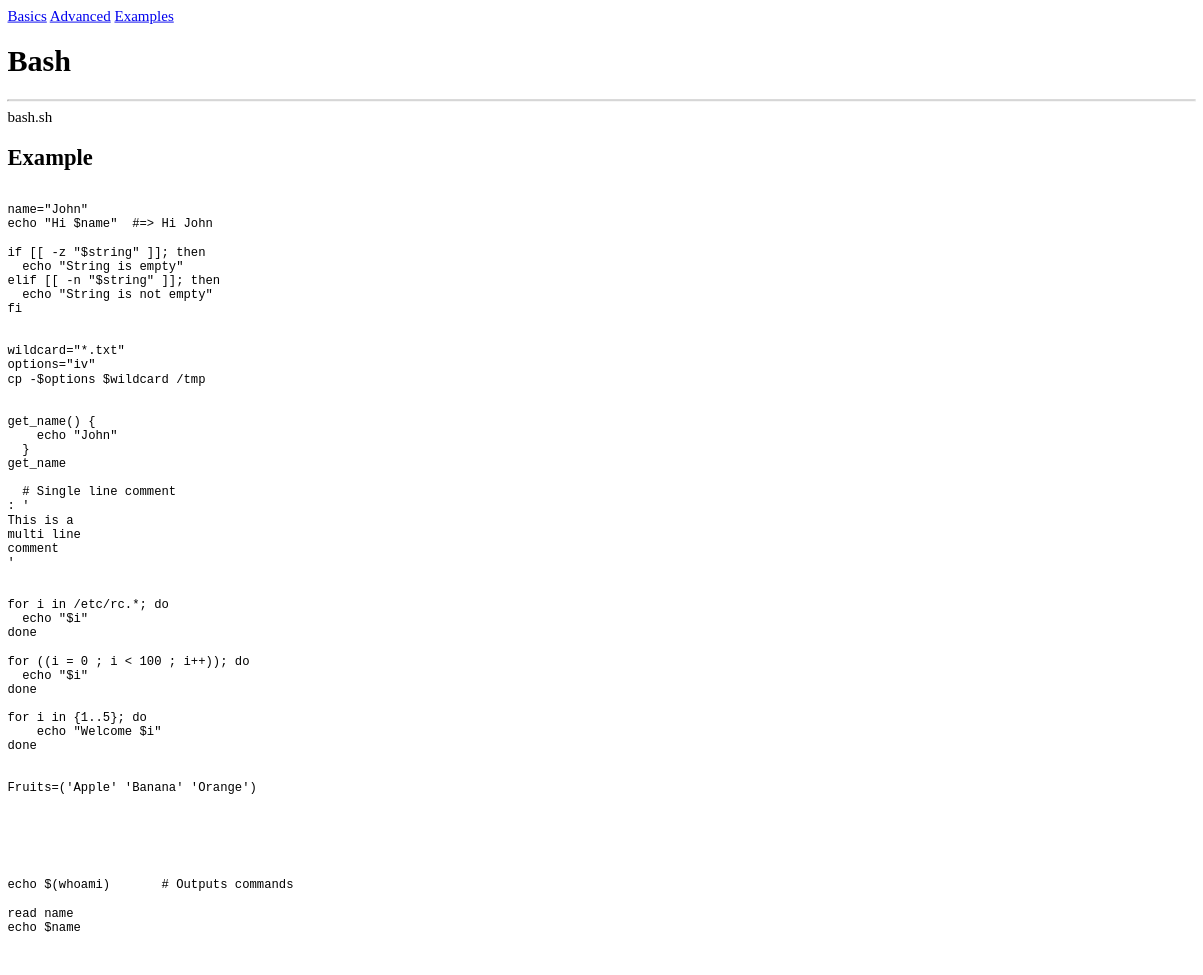
Repository: Max-Rohrhirsch/Max-Rohrhirsch.github.io
Page: documentation/small/bash.html
These files come from the project's save history. The page is drawn as it stood at one moment and after the next save; the edit follows.
The browser window is 1280 px wide. The pictures show the whole page, at 94% of full size.

Above is the page before, as saved 2023-10-06 23:34:55.

After the next save:
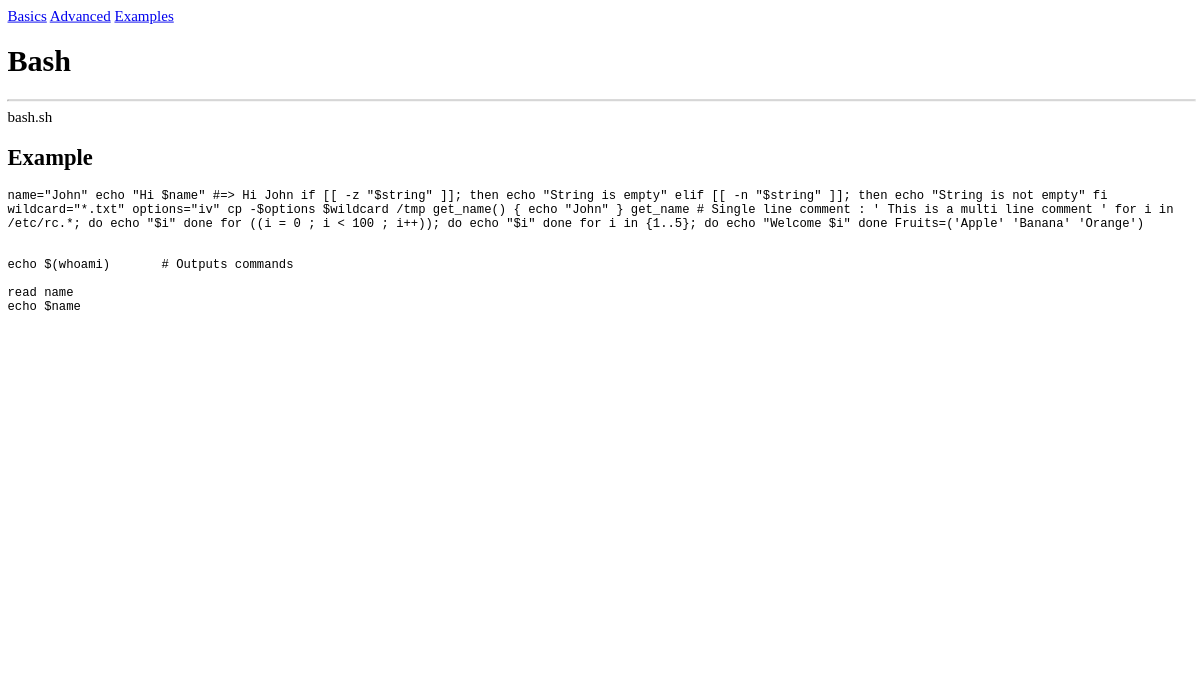
Saved 73 s later.
--- a/documentation/small/bash.html
+++ b/documentation/small/bash.html
@@ -17,6 +17,7 @@
             </out>
 
             <h2>Example</h2>
+            <div class="wrapper"
             <pre>
                 <code class="language-bash">
 name="John"

After the save that followed:
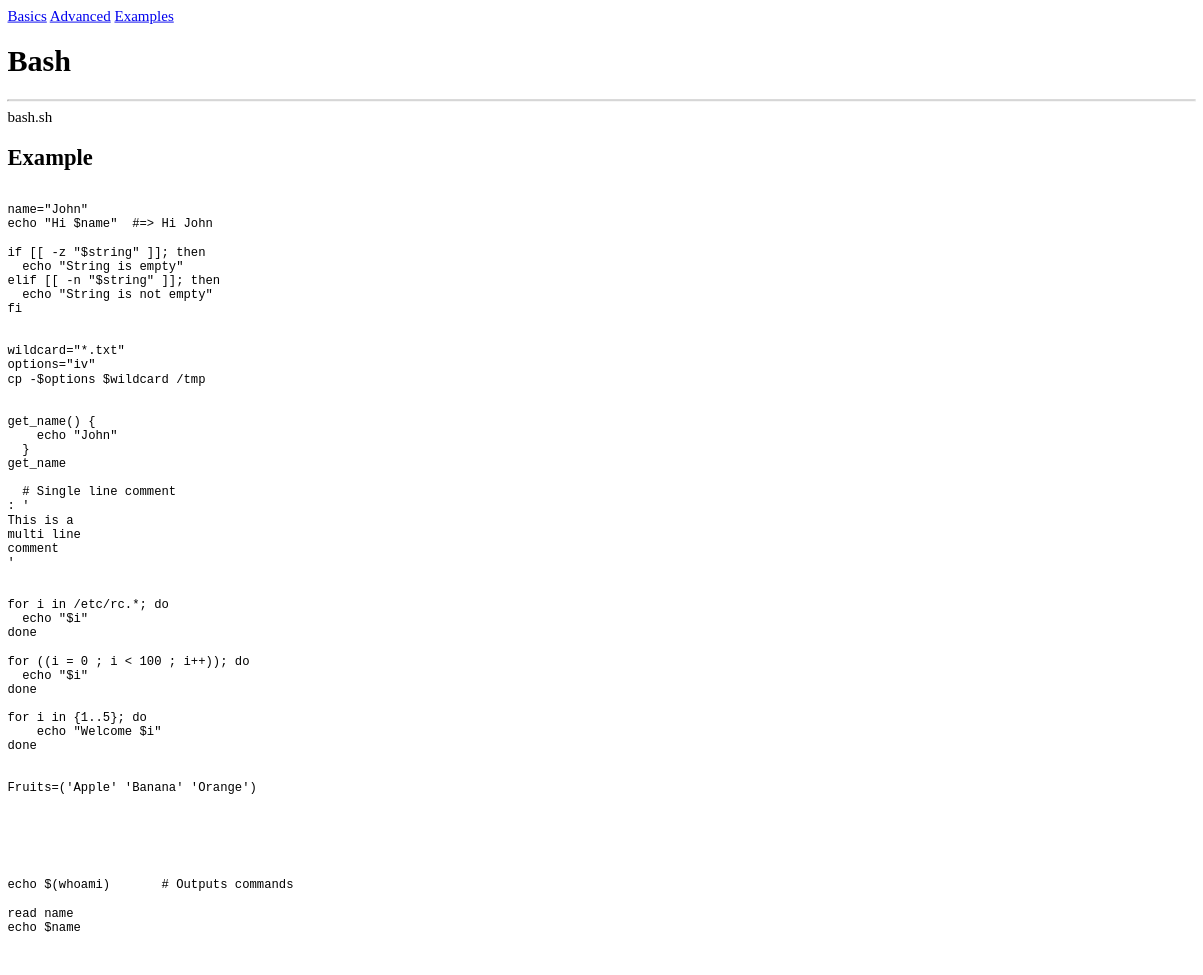
Saved 23 s later.
--- a/documentation/small/bash.html
+++ b/documentation/small/bash.html
@@ -17,7 +17,7 @@
             </out>
 
             <h2>Example</h2>
-            <div class="wrapper"
+            <div class="wrapper">
             <pre>
                 <code class="language-bash">
 name="John"
@@ -75,7 +75,6 @@
 echo $name
                 </code>
             </pre>
-
-
+ </div>
 
 <div id="includeFooter"></div>
